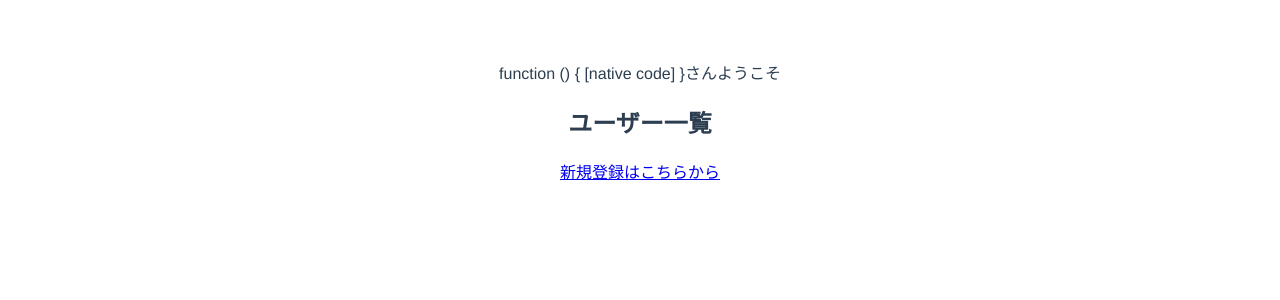
Repository: daisukey623/authentication
Page: /
An editor plug-in stored every save of this project. The page is shown before and after a run of saves, followed by the edit.
The browser window is 1280 px wide. The pictures show the whole page.
The project was rebuilt for these pictures with package versions that can differ from the ones it lists, and the page was loaded fresh each time. Also part of the build but not shown: src/views/Login.vue, src/views/Register.vue.

Above is the page before, as saved 2021-05-22 20:18:56.

### src/main.js
import Vue from 'vue';
import App from './App.vue';
import router from './router';
import firebase from 'firebase/app';
import 'firebase/firestore';


  // Your web app's Firebase configuration
  const firebaseConfig = {
    apiKey: "AIzaSyALEeG-uCX4SsTwYA51b2yka3Lb7Iv2w4Q",
    authDomain: "vuejs-http-de60c.firebaseapp.com",
    projectId: "vuejs-http-de60c",
    storageBucket: "vuejs-http-de60c.appspot.com",
    messagingSenderId: "897481049619",
    appId: "1:897481049619:web:c9e774a648e193e87c61e6"
  };
  // Initialize Firebase
  firebase.initializeApp(firebaseConfig);


new Vue({
  router,
  render: h => h(App)
}).$mount('#app');

export default firebase

// export const signupUserWithEmailAndPassword = async (email,password) => {
//   try {
//      const user = await firebase.auth().createUserWithEmailAndPassword(email, password)
//      console.log('登録成功')
//      return user;

//   } catch(error) {
//     console.log(error);
//     alert('登録失敗')
//   }
// }

### src/App.vue
<template>
  <div id="app">
    <header>
    <router-view></router-view>
    </header>
  </div>
</template>

<style scoped>
.header-item {
  padding: 10px;
}

</style>

<style>
#app {
  font-family: 'Avenir', Helvetica, Arial, sans-serif;
  -webkit-font-smoothing: antialiased;
  -moz-osx-font-smoothing: grayscale;
  text-align: center;
  color: #2c3e50;
  margin-top: 60px;
}
</style>

### src/router/index.js
import Vue from 'vue'
import VueRouter from 'vue-router'
import Dashboard from '../views/Dashboard.vue';
import Login from '../views/Login.vue';
import Register from '../views/Register.vue';


Vue.use(VueRouter)

const routes = [
  {
    path: '/',
    component: Dashboard
  },
  {
    path: '/login',
    component: Login
  },
  {
    path: '/register',
    component: Register
  },
]

const router = new VueRouter({
  mode: 'history',
  base: process.env.BASE_URL,
  routes
})

export default router

### src/views/Dashboard.vue
<template>
  <div>
    <div>{{ getName }}さんようこそ</div>
    <h2>ユーザー一覧</h2>
    <router-link to="/register">新規登録はこちらから</router-link>
  </div>
</template>

<script>
import firebase from 'firebase';
export default {
  data() {
    return {
      // name: '',
      comment: '',
      userName:firebase.firestore()
        .collection('user')
        .doc(firebase.auth().currentUser.uid)
        .get().data(),
    };
  },
  methods: {
    getName() {
      return firebase
        .firestore()
        .collection('user')
        .doc(firebase.auth().currentUser.uid)
        .get().data();

    },
  },
};
</script>

Loaded but not shown: public/index.html (common file)

After the next 2 saves:
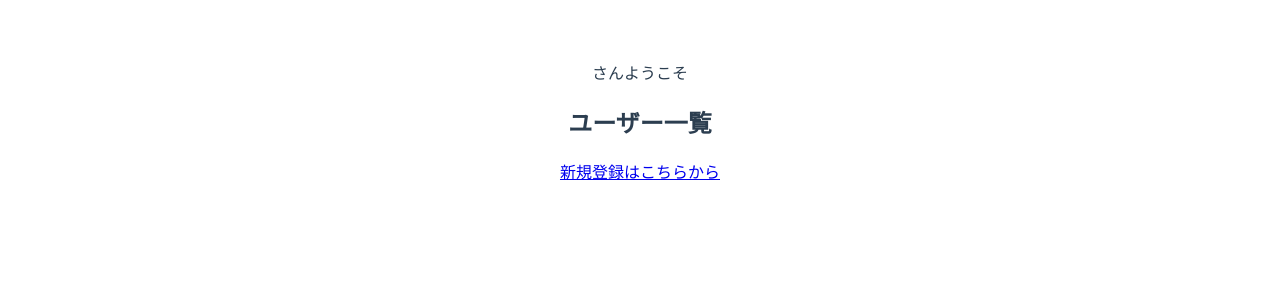
The 2 saves are shown as one change because they came seconds apart.
The last was saved 13 s later.
--- a/src/views/Dashboard.vue
+++ b/src/views/Dashboard.vue
@@ -1,6 +1,6 @@
 <template>
   <div>
-    <div>{{ getName }}さんようこそ</div>
+    <div>{{ userName }}さんようこそ</div>
     <h2>ユーザー一覧</h2>
     <router-link to="/register">新規登録はこちらから</router-link>
   </div>
